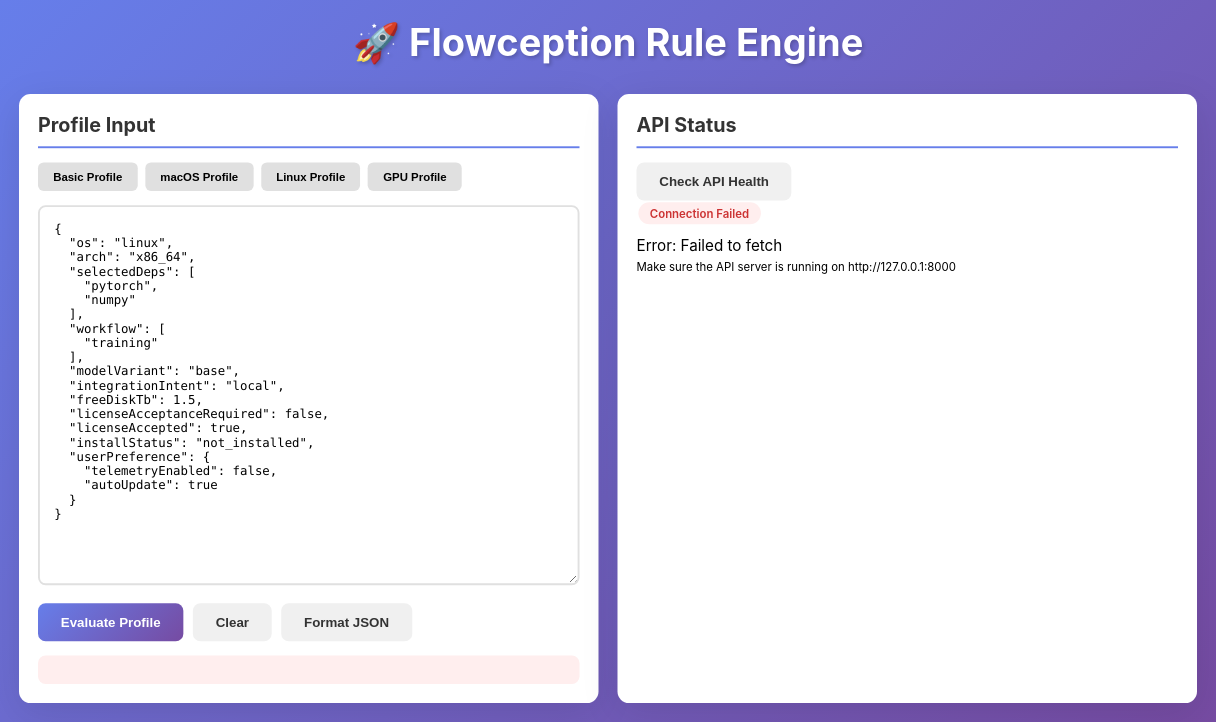
Repository: Smblent/flowception
Page: app_metadata/index.html
An editor plug-in stored every save of this project. The page is shown before and after the next save, followed by the edit.
The browser window is 1280 px wide. The pictures show the whole page, at 95% of full size.
The page's requests for data from a server got no answer.

Above is the page before, as saved 2026-05-16 04:55:59.

After the next save:
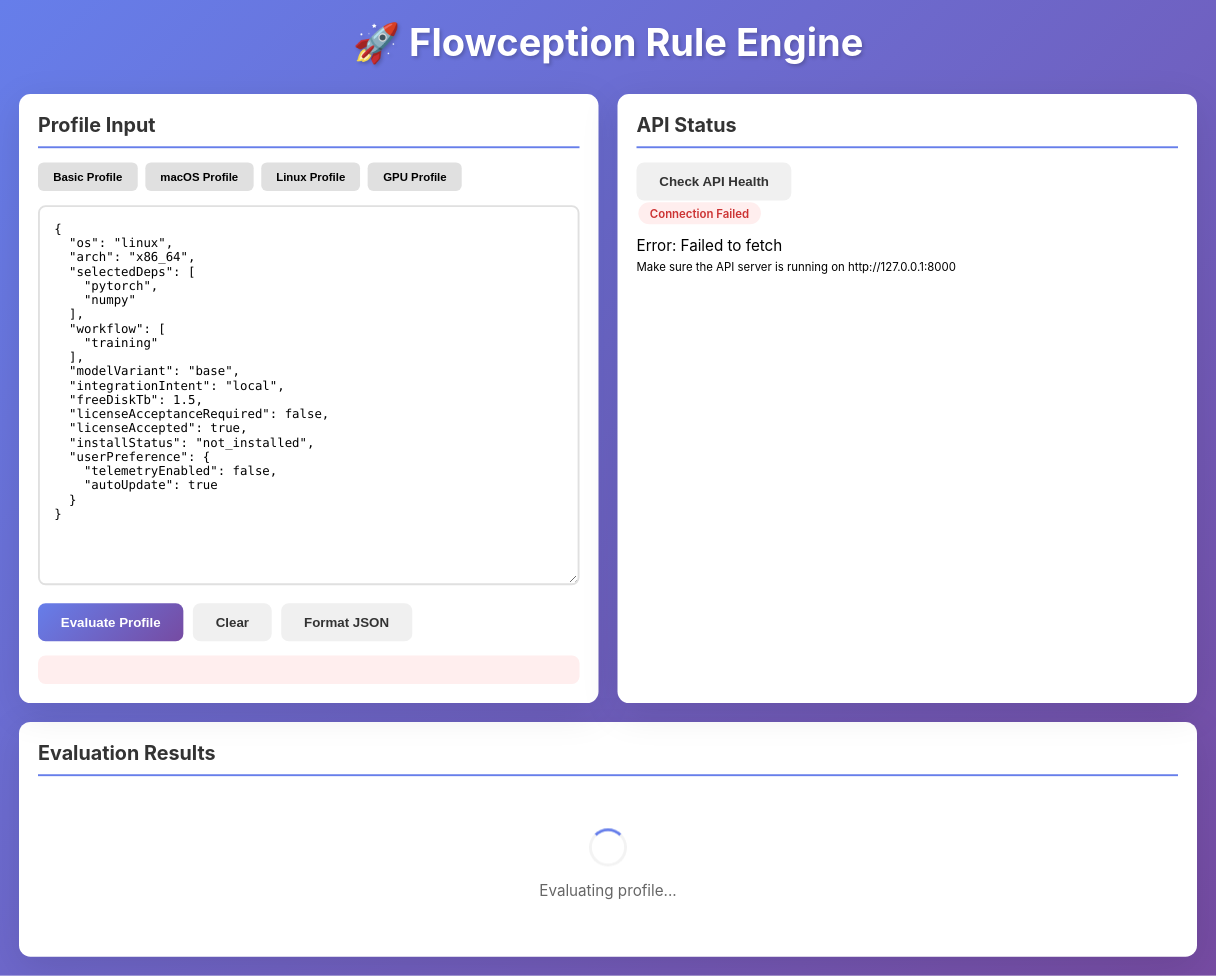
Saved 3 min 0 s later.
--- a/app_metadata/index.html
+++ b/app_metadata/index.html
@@ -274,9 +274,9 @@
             </div>
         </div>
 
-        <div class="results-section panel" id="resultsSection" style="display: none;">
+        <div class="results-section panel hidden" id="resultsSection">
             <h2>Evaluation Results</h2>
-            <div id="loading" class="loading" style="display: none;">
+            <div id="loading" class="loading hidden">
                 <div class="spinner"></div>
                 <p>Evaluating profile...</p>
             </div>
